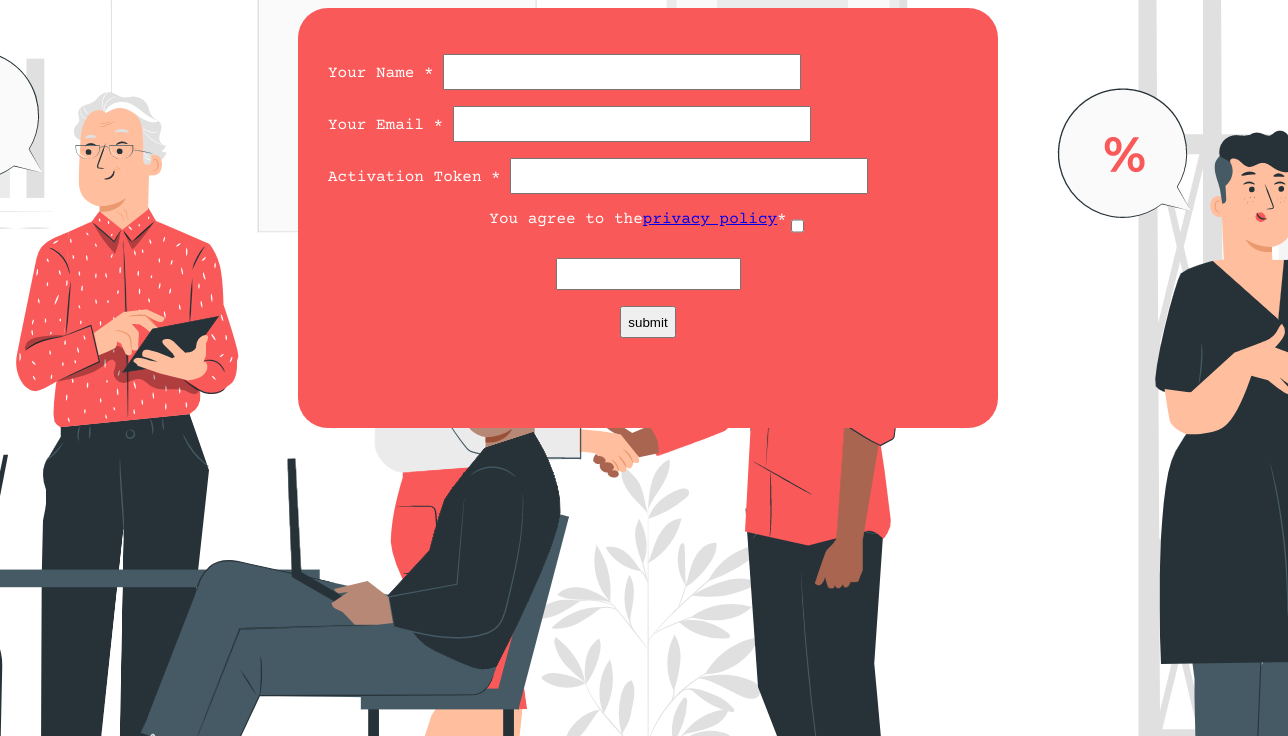
Repository: Rachael4life/Assignment-1
Page: starter-code/src/index.html
The author's editor kept a copy of each file at every save. The page is drawn from the files as they stood at one save, then again after the next save.
The browser window is 1280 px wide. The page is 1288 px wide, so the pictures cover 1288 px, including what lies to the right of the window. The pictures show the whole page.

Above is the page before, as saved 2022-02-25 15:42:15.

After the next save:
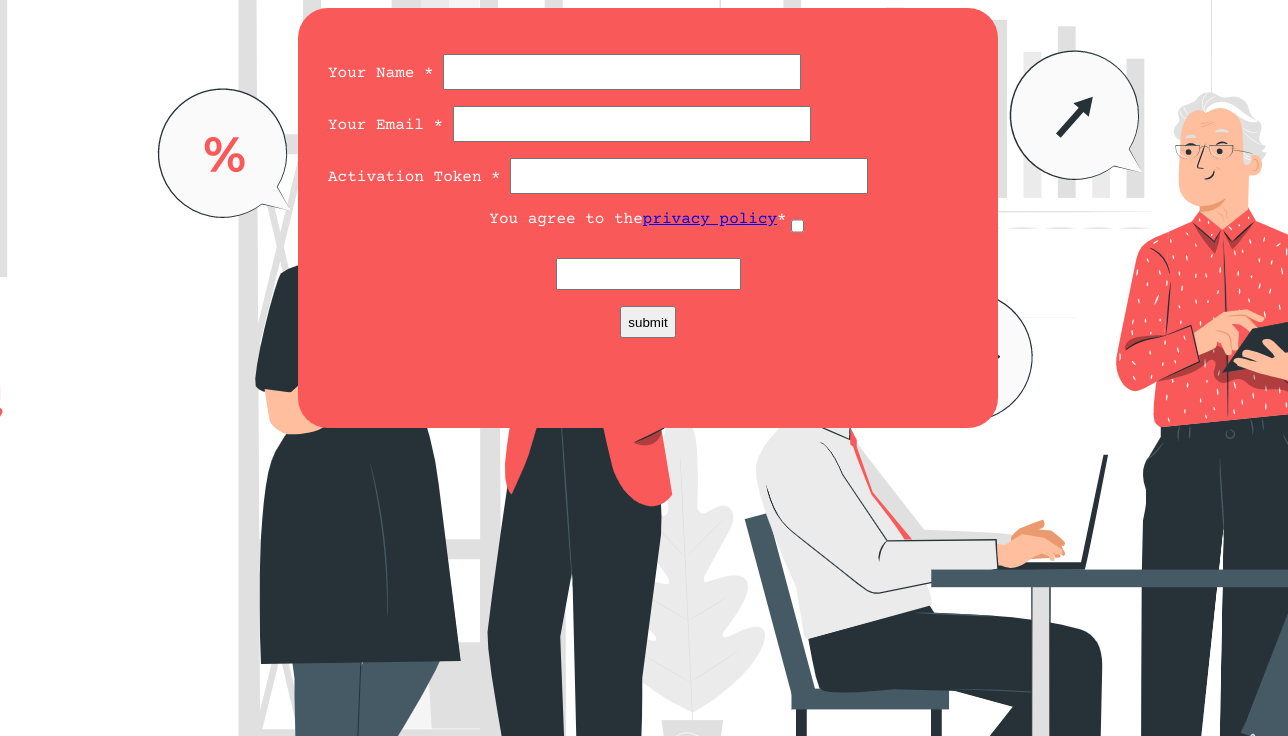
Saved 12 s later.
--- a/starter-code/src/style.css
+++ b/starter-code/src/style.css
@@ -4,7 +4,7 @@ body {
     width: 100vw;
     height: 100vh;
     background-image: url("img.png");
-    background-position: 1000px;
+    background-position: 100px;
 }
 form {
     background-color: #fa5959;
